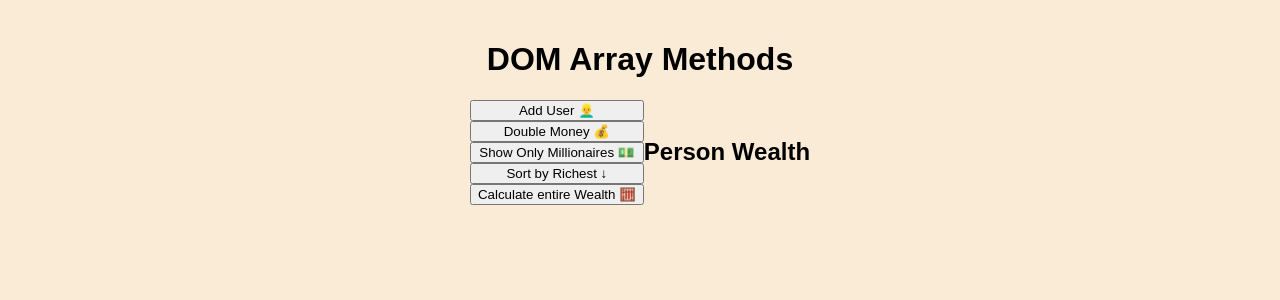
Repository: AbrorjonKuchkarov/DOM-Array-Methods
Page: index.html
The author's editor kept a copy of each file at every save. The page is drawn from the files as they stood at one save, then again after the next save.
The browser window is 1280 px wide. The pictures show the whole page.

Above is the page before, as saved 2022-02-24 15:33:54.

After the next save:
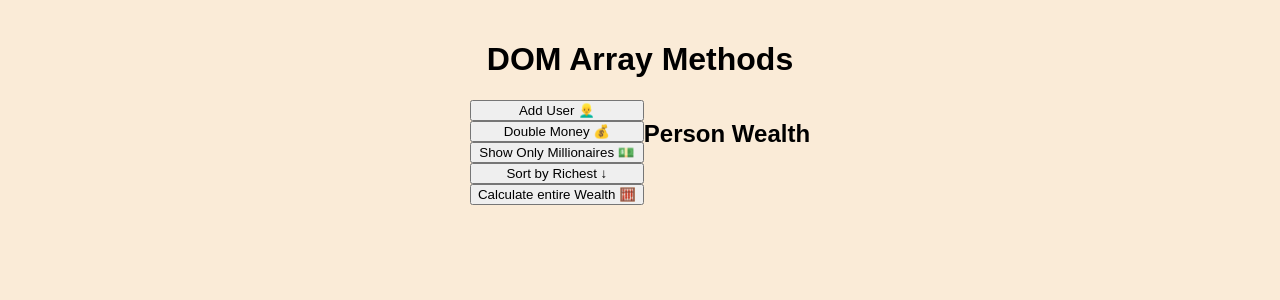
Saved 90 s later.
--- a/style.css
+++ b/style.css
@@ -15,8 +15,7 @@ body{
 
 .container{
    display: flex;
-   justify-content: space-between;
-   align-items: center;
+
 }
 
 .btns{
